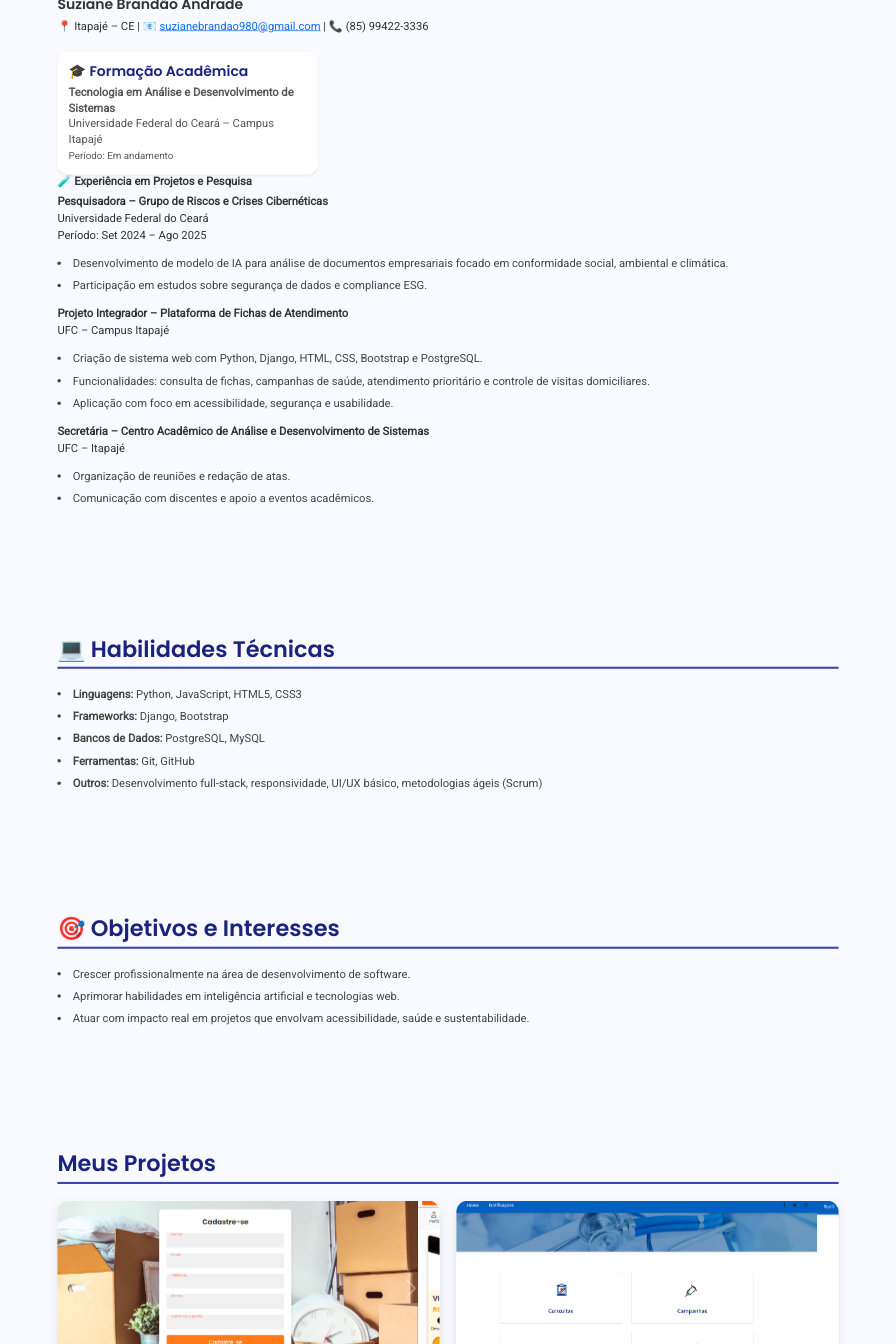
Repository: Suziane90/Portifolio
Page: index2.html
The author's editor kept a copy of each file at every save. The page is drawn from the files as they stood at one save, then again after the next save.
The browser window is 1280 px wide. The pictures show the part of the page from y = 748 to 2668 px (the page is 3356 px tall before and 3461 px after), at 70% of full size.

Above is the page before, as saved 2025-07-24 11:06:07.

After the next save:
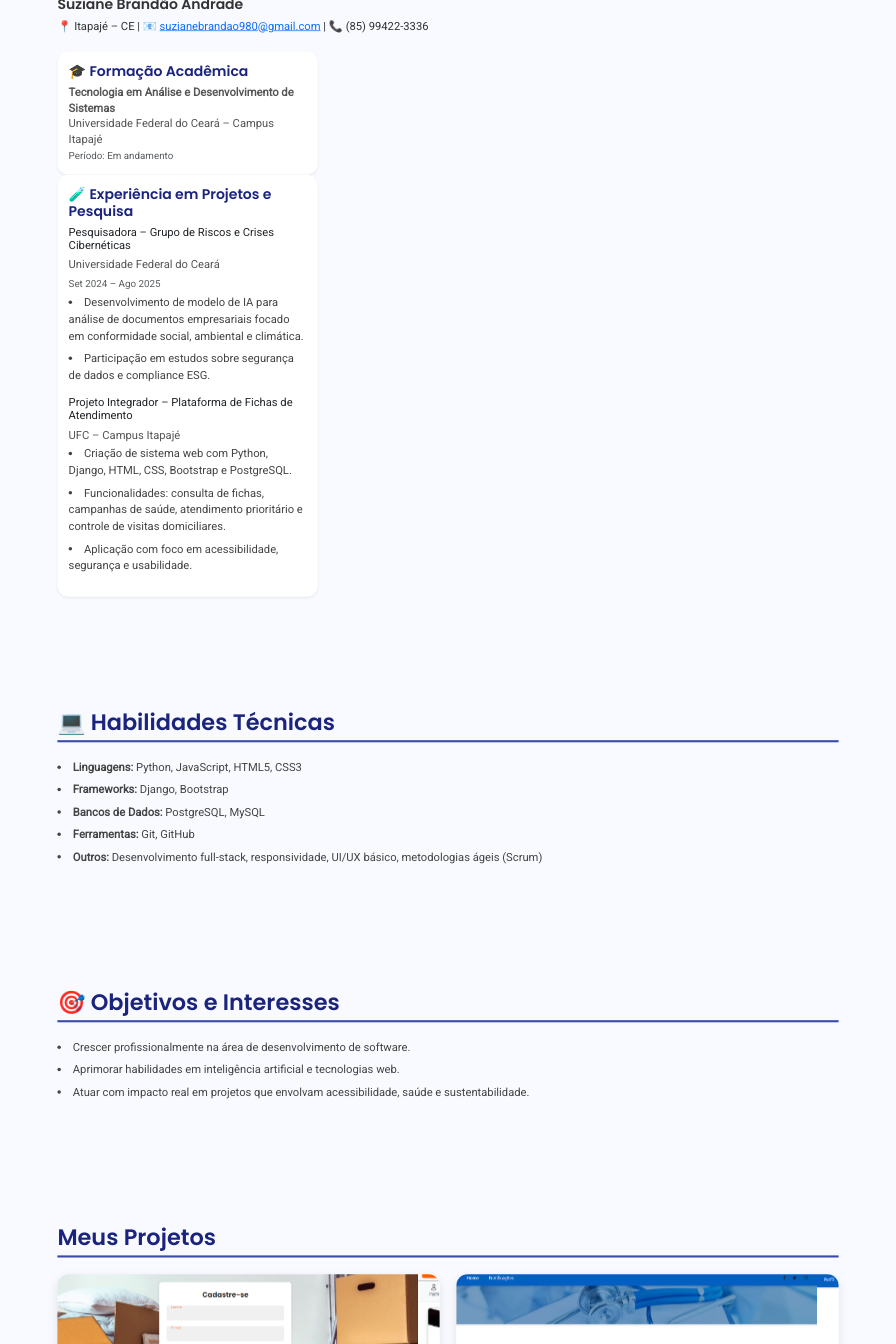
Saved 17 s later.
--- a/index2.html
+++ b/index2.html
@@ -225,31 +225,28 @@
       </div>
     </div>
 
-      <div class="mb-4">
-        <h6><strong>🧪 Experiência em Projetos e Pesquisa</strong></h6>
-        <p><strong>Pesquisadora – Grupo de Riscos e Crises Cibernéticas</strong><br />
-          Universidade Federal do Ceará<br />
-          Período: Set 2024 – Ago 2025</p>
-        <ul>
-          <li>Desenvolvimento de modelo de IA para análise de documentos empresariais focado em conformidade social, ambiental e climática.</li>
-          <li>Participação em estudos sobre segurança de dados e compliance ESG.</li>
-        </ul>
-
-        <p><strong>Projeto Integrador – Plataforma de Fichas de Atendimento</strong><br />
-          UFC – Campus Itapajé</p>
-        <ul>
-          <li>Criação de sistema web com Python, Django, HTML, CSS, Bootstrap e PostgreSQL.</li>
-          <li>Funcionalidades: consulta de fichas, campanhas de saúde, atendimento prioritário e controle de visitas domiciliares.</li>
-          <li>Aplicação com foco em acessibilidade, segurança e usabilidade.</li>
-        </ul>
-
-        <p><strong>Secretária – Centro Acadêmico de Análise e Desenvolvimento de Sistemas</strong><br />
-          UFC – Itapajé</p>
-        <ul>
-          <li>Organização de reuniões e redação de atas.</li>
-          <li>Comunicação com discentes e apoio a eventos acadêmicos.</li>
-        </ul>
-      </div>
+          <!-- Experiência -->
+    <div class="col-md-4">
+      <div class="card shadow-sm h-100 border-0">
+        <div class="card-body">
+          <h5 class="card-title fw-bold">🧪 Experiência em Projetos e Pesquisa</h5>
+
+          <h6 class="mt-2">Pesquisadora – Grupo de Riscos e Crises Cibernéticas</h6>
+          <p class="mb-1">Universidade Federal do Ceará</p>
+          <p class="mb-1"><small class="text-muted">Set 2024 – Ago 2025</small></p>
+          <ul>
+            <li>Desenvolvimento de modelo de IA para análise de documentos empresariais focado em conformidade social, ambiental e climática.</li>
+            <li>Participação em estudos sobre segurança de dados e compliance ESG.</li>
+          </ul>
+
+          <h6 class="mt-3">Projeto Integrador – Plataforma de Fichas de Atendimento</h6>
+          <p class="mb-1">UFC – Campus Itapajé</p>
+          <ul>
+            <li>Criação de sistema web com Python, Django, HTML, CSS, Bootstrap e PostgreSQL.</li>
+            <li>Funcionalidades: consulta de fichas, campanhas de saúde, atendimento prioritário e controle de visitas domiciliares.</li>
+            <li>Aplicação com foco em acessibilidade, segurança e usabilidade.</li>
+          </ul>
+
     </section>
 
     <!-- Habilidades Técnicas -->
